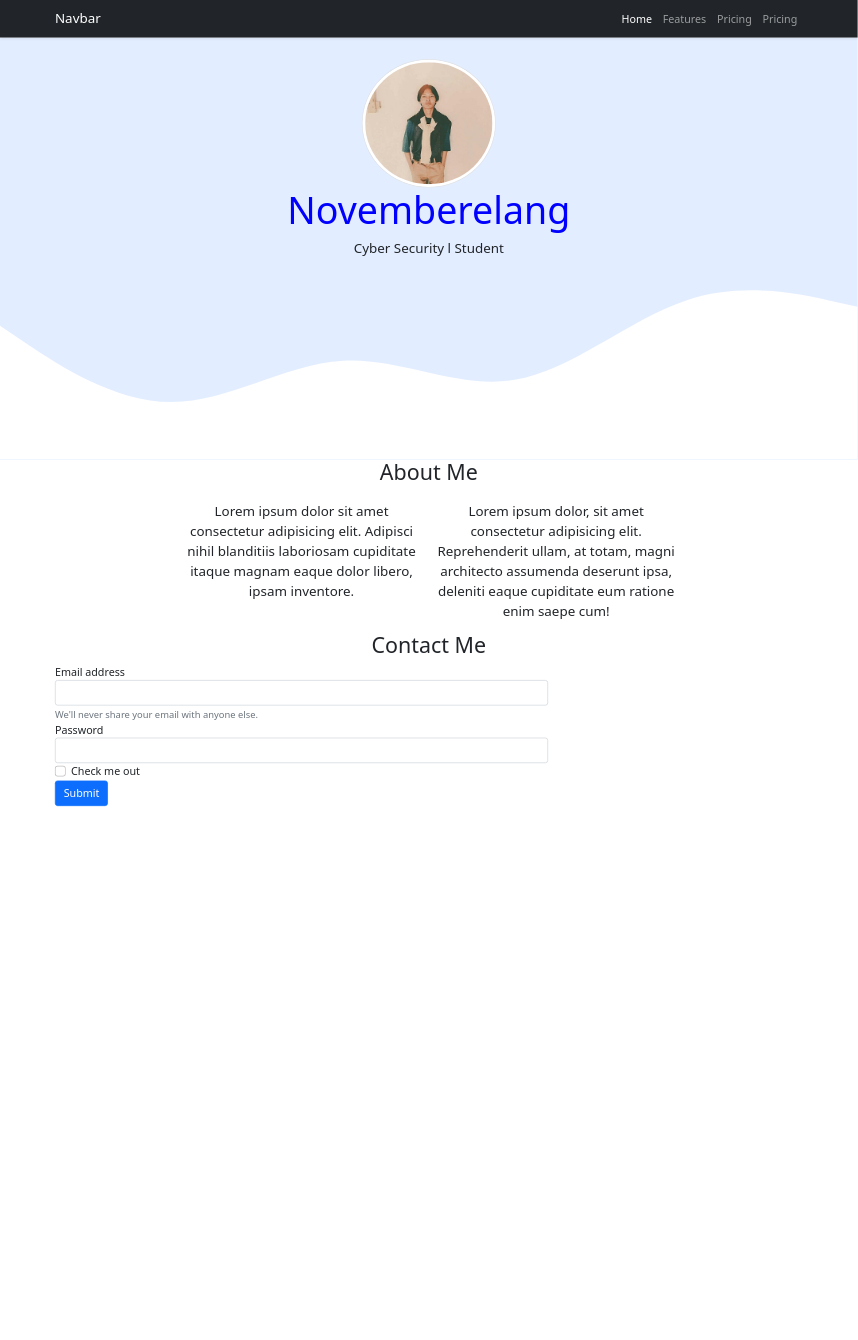
Repository: Novemberdad/gemilangtech.github.io
Page: index.html
These files come from the project's save history. The page is drawn as it stood at one moment and after the next save; the edit follows.
The browser window is 1280 px wide. The pictures show the whole page, at 67% of full size.

Above is the page before, as saved 2021-07-21 00:18:06.

### index.html
<!DOCTYPE html>
<html lang="en">

<head>
    <!-- Required meta tags -->
    <meta charset="utf-8" />
    <meta name="viewport" content="width=device-width, initial-scale=1" />

    <!-- Bootstrap CSS -->
    <link href="https://cdn.jsdelivr.net/npm/bootstrap@5.0.2/dist/css/bootstrap.min.css" rel="stylesheet" integrity="sha384-EVSTQN3/azprG1Anm3QDgpJLIm9Nao0Yz1ztcQTwFspd3yD65VohhpuuCOmLASjC" crossorigin="anonymous" />

    <!--My CSS-->
    <link rel="stylesheet" href="style.css" />
    <title>My Portofoliio</title>
    <style>
        h1 {
            text-align: center;
            color: blue;
        }
    </style>
</head>

<body>
    <!--NAVBAR-->
    <nav class="navbar navbar-expand-lg navbar-dark bg-dark shadow-sm">
        <div class="container">
            <a class="navbar-brand" href="#">Navbar</a>
            <button class="navbar-toggler" type="button" data-bs-toggle="collapse" data-bs-target="#navbarNav" aria-controls="navbarNav" aria-expanded="false" aria-label="Toggle navigation">
          <span class="navbar-toggler-icon"></span>
        </button>
            <div class="collapse navbar-collapse" id="navbarNav">
                <ul class="navbar-nav ms-auto">
                    <li class="nav-item">
                        <a class="nav-link active" aria-current="page" href="#">Home</a>
                    </li>
                    <li class="nav-item">
                        <a class="nav-link" href="#">Features</a>
                    </li>
                    <li class="nav-item">
                        <a class="nav-link" href="#">Pricing</a>
                    </li>
                    <li class="nav-item">
                        <a class="nav-link" href="#">Pricing</a>
                    </li>
                </ul>
            </div>
        </div>
    </nav>
    <!--AKHIR NAVBAR-->

    <!--jumbortron-->
    <section class="jumbotron text-center">
        <img src="image/logo.jpg" alt="logo" width="200" class="rounded-circle img-thumbnail" />
        <h1 class="display-4">Novemberelang</h1>
        <p class="lead">Cyber Security l Student</p>
        <svg xmlns="http://www.w3.org/2000/svg" viewBox="0 0 1440 320">
        <path
          fill="#ffffff"
          fill-opacity="1"
          d="M0,96L48,128C96,160,192,224,288,224C384,224,480,160,576,154.7C672,149,768,203,864,186.7C960,171,1056,85,1152,53.3C1248,21,1344,43,1392,53.3L1440,64L1440,320L1392,320C1344,320,1248,320,1152,320C1056,320,960,320,864,320C768,320,672,320,576,320C480,320,384,320,288,320C192,320,96,320,48,320L0,320Z"
        ></path>
      </svg>
    </section>
    <!--akhir jumbotron-->

    <!--about-->
    <section id="about">
        <div class="container">
            <div class="row text-center mb-3">
                <div class="col">
                    <h2>About Me</h2>
                </div>
            </div>
            <div class="row justify-content-center fs-5 text-center">
                <div class="col-4">
                    <p>Lorem ipsum dolor sit amet consectetur adipisicing elit. Adipisci nihil blanditiis laboriosam cupiditate itaque magnam eaque dolor libero, ipsam inventore.</p>
                </div>
                <div class="col-4">
                    <p>Lorem ipsum dolor, sit amet consectetur adipisicing elit. Reprehenderit ullam, at totam, magni architecto assumenda deserunt ipsa, deleniti eaque cupiditate eum ratione enim saepe cum!</p>
                </div>
            </div>
    </section>
    <!--akhir about-->


    <!--kontak-->
    <section id="contact">
        <div class="container">
            <div class="row text-center">
                <div class="col">
                    <h2> Contact Me</h2>
                </div>
            </div>
            <div class="row">
                <div class="col-md-8">
                    <form>
                        <div class="form-group">
                            <label for="exampleInputEmail1">Email address</label>
                            <input type="email" class="form-control" id="exampleInputEmail1" aria-describedby="emailHelp">
                            <small id="emailHelp" class="form-text text-muted">We'll never share your email with anyone else.</small>
                        </div>
                        <div class="form-group">
                            <label for="exampleInputPassword1">Password</label>
                            <input type="password" class="form-control" id="exampleInputPassword1">
                        </div>
                        <div class="form-group form-check">
                            <input type="checkbox" class="form-check-input" id="exampleCheck1">
                            <label class="form-check-label" for="exampleCheck1">Check me out</label>
                        </div>
                        <button type="submit" class="btn btn-primary">Submit</button>
                    </form>
                </div>
            </div>
        </div>
    </section>
    <!--akhir kontak-->


    <script src="https://cdn.jsdelivr.net/npm/bootstrap@5.0.2/dist/js/bootstrap.bundle.min.js" integrity="sha384-MrcW6ZMFYlzcLA8Nl+NtUVF0sA7MsXsP1UyJoMp4YLEuNSfAP+JcXn/tWtIaxVXM" crossorigin="anonymous"></script>

    <!-- Option 2: Separate Popper and Bootstrap JS -->
    <!--
    <script src="https://cdn.jsdelivr.net/npm/@popperjs/core@2.9.2/dist/umd/popper.min.js" integrity="sha384-IQsoLXl5PILFhosVNubq5LC7Qb9DXgDA9i+tQ8Zj3iwWAwPtgFTxbJ8NT4GN1R8p" crossorigin="anonymous"></script>
    <script src="https://cdn.jsdelivr.net/npm/bootstrap@5.0.2/dist/js/bootstrap.min.js" integrity="sha384-cVKIPhGWiC2Al4u+LWgxfKTRIcfu0JTxR+EQDz/bgldoEyl4H0zUF0QKbrJ0EcQF" crossorigin="anonymous"></script>
    -->
</body>

</html>

### style.css
body {
    min-height: 2000px;
}

.jumbotron {
    padding-top: 2rem;
    background-color: #e2edff;
}

After the next save:
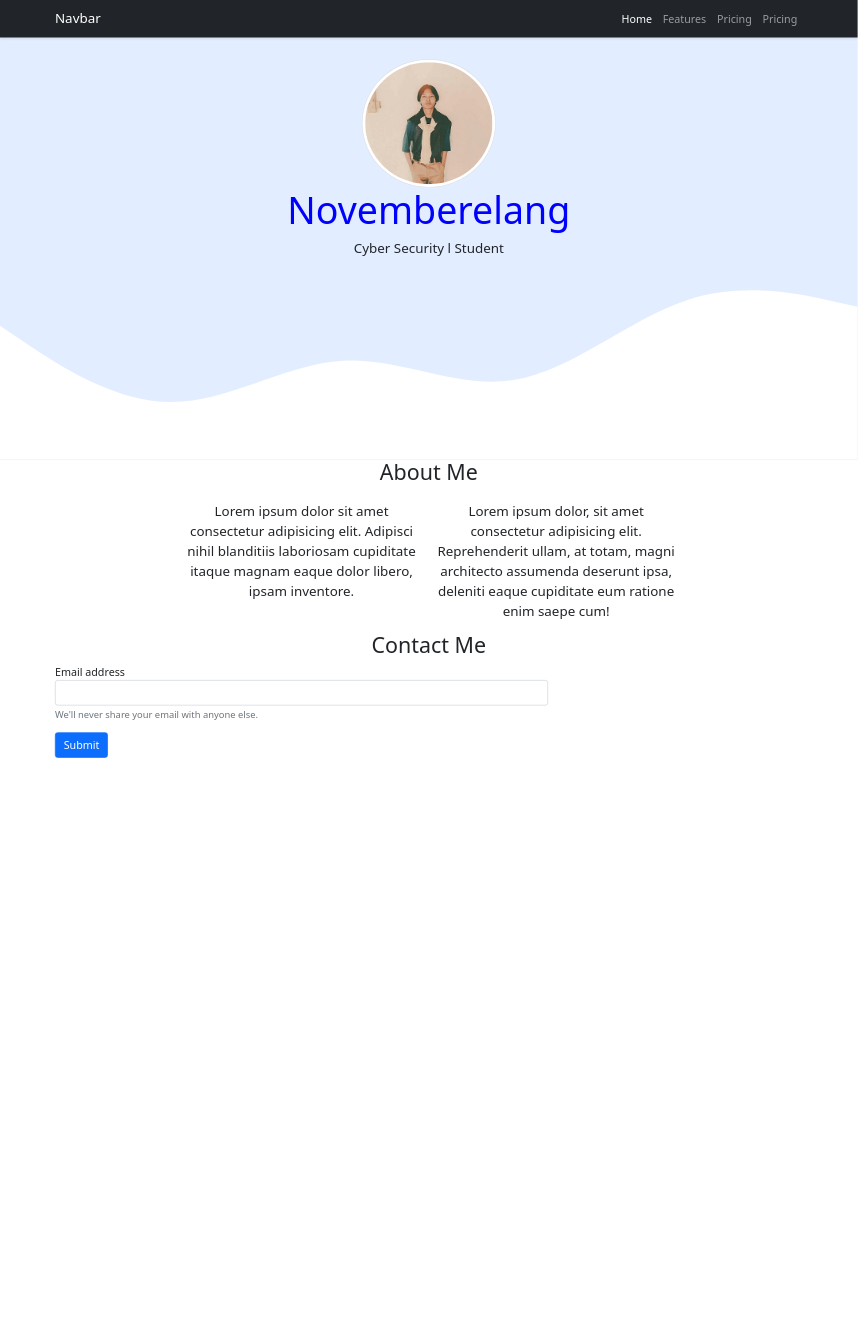
Saved 64 s later.
--- a/index.html
+++ b/index.html
@@ -94,19 +94,12 @@
             <div class="row">
                 <div class="col-md-8">
                     <form>
-                        <div class="form-group">
+                        <div class="mb-3">
                             <label for="exampleInputEmail1">Email address</label>
                             <input type="email" class="form-control" id="exampleInputEmail1" aria-describedby="emailHelp">
                             <small id="emailHelp" class="form-text text-muted">We'll never share your email with anyone else.</small>
                         </div>
-                        <div class="form-group">
-                            <label for="exampleInputPassword1">Password</label>
-                            <input type="password" class="form-control" id="exampleInputPassword1">
-                        </div>
-                        <div class="form-group form-check">
-                            <input type="checkbox" class="form-check-input" id="exampleCheck1">
-                            <label class="form-check-label" for="exampleCheck1">Check me out</label>
-                        </div>
+
                         <button type="submit" class="btn btn-primary">Submit</button>
                     </form>
                 </div>
